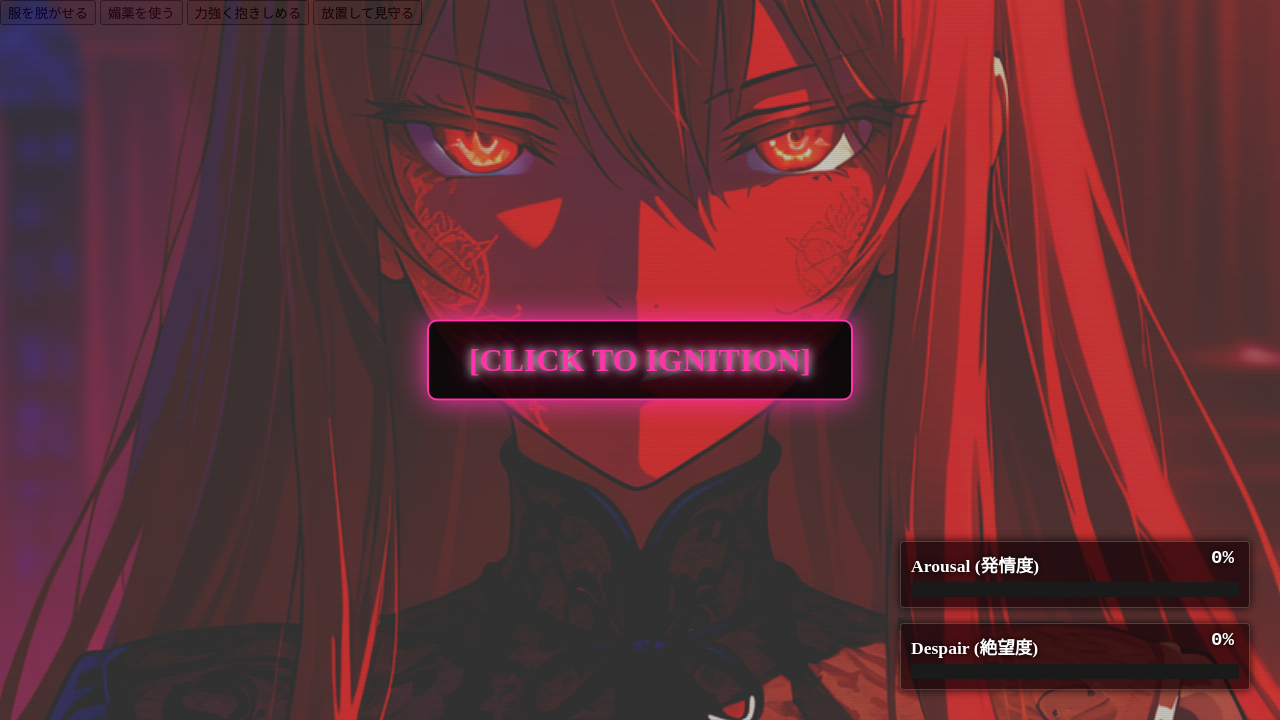
Repository: chatgdpkuesuto-sys/quest-rpg
Page: 00_Dashboard/index.html
These files come from the project's save history. The page is drawn as it stood at one moment and after the next save; the edit follows.
The browser window is 1280 px wide. The pictures show the whole page.

Above is the page before, as saved 2026-02-20 07:12:28.

### 00_Dashboard/index.html
<!DOCTYPE html>
<html lang="ja">

<head>
    <meta charset="UTF-8">
    <meta name="viewport" content="width=device-width, initial-scale=1.0">
    <title>Machadun Dashboard (OBS Overlay)</title>
    <link rel="stylesheet" href="style.css">
</head>

<body>
    <!-- 背景CG用コンテナ -->
    <div id="bg-container">
        <!-- 初期画像。生成後は最新画像に置き換わります -->
        <img id="bg-image" src="outputs/latest.png" alt="Current CG"
            onerror="this.src=''; this.style.backgroundColor='#0a0000';">
    </div>

    <!-- 狂気・発情エフェクト用オーバーレイ -->
    <div id="blood-overlay"></div>
    <div id="glitch-overlay"></div>

    <!-- ステータスバー（画面下部などに配置） -->
    <div id="status-container">
        <div class="status-box">
            <div class="status-label">Arousal (発情度)</div>
            <div class="progress-bar">
                <div id="arousal-fill" class="progress-fill arousal"></div>
            </div>
            <div id="arousal-value" class="status-value">0%</div>
        </div>

        <div class="status-box">
            <div class="status-label">Despair (絶望度)</div>
            <div class="progress-bar">
                <div id="despair-fill" class="progress-fill despair"></div>
            </div>
            <div id="despair-value" class="status-value">0%</div>
        </div>
    </div>

    <!-- BGM等制御用の初期化ボタン (ブラウザの自動再生ポリシー対策用) -->
    <div id="init-audio" onclick="initEngine()">[CLICK TO IGNITION]</div>

    <!-- Zundamon Voice Player -->
    <audio id="voice-player" src="outputs/voice.wav" preload="none"></audio>

    <!-- プレイヤーアクションパネル (Neural Bridge) -->
    <div id="action-panel">
        <button class="action-btn" onclick="sendAction('服を脱がせる')">服を脱がせる</button>
        <button class="action-btn" onclick="sendAction('媚薬を使う')">媚薬を使う</button>
        <button class="action-btn" onclick="sendAction('力強く抱きしめる')">力強く抱きしめる</button>
        <button class="action-btn" onclick="sendAction('放置して見守る')">放置して見守る</button>
    </div>

    <!-- Neural Bridge送信用スクリプト -->
    <script>
        async function sendAction(actionName) {
            console.log("Action Sent:", actionName);

            // 視覚的フィードバック（ボタンクリック時）
            document.body.style.animation = "shake 0.2s";
            setTimeout(() => document.body.style.animation = "none", 200);

            try {
                await fetch('http://localhost:5000/action', {
                    method: 'POST',
                    headers: { 'Content-Type': 'application/json' },
                    body: JSON.stringify({ action: actionName, time: Date.now() })
                });
            } catch (e) {
                console.error("Failed to send action:", e);
            }
        }
    </script>

    <!-- 設定ファイル読込 -->
    <script src="status.js"></script>
    <!-- エンジンロジック読込 -->
    <script src="engine.js"></script>
</body>

</html>

### 00_Dashboard/style.css
/* ==============================================
   00_Dashboard: OBS Overlay CSS
============================================== */

:root {
    --neon-pink: #ff33aa;
    --deep-red: #cc0000;
    --bar-bg: rgba(20, 0, 5, 0.7);
}

body,
html {
    margin: 0;
    padding: 0;
    width: 100%;
    height: 100%;
    overflow: hidden;
    background-color: transparent;
    /* OBSで透過させるため */
    font-family: 'Shippori Mincho', "Noto Serif JP", serif;
}

/* --- BACKGROUND CG --- */
#bg-container {
    position: absolute;
    top: 0;
    left: 0;
    width: 100%;
    height: 100%;
    z-index: 1;
    overflow: hidden;
    display: flex;
    justify-content: center;
    align-items: center;
}

#bg-image {
    min-width: 100%;
    min-height: 100%;
    object-fit: cover;
    opacity: 0.8;
    /* 好みに応じて調整。透過チャット画面の後ろで輝く */
    filter: brightness(0.7) contrast(1.2);
    transition: all 0.5s ease;
}

/* --- OVERLAYS --- */
#blood-overlay {
    position: absolute;
    top: 0;
    left: 0;
    width: 100%;
    height: 100%;
    pointer-events: none;
    box-shadow: inset 0 0 0px rgba(255, 0, 128, 0);
    z-index: 5;
    transition: box-shadow 0.5s ease;
}

#glitch-overlay {
    position: absolute;
    top: 0;
    left: 0;
    width: 100%;
    height: 100%;
    pointer-events: none;
    background: repeating-linear-gradient(0deg,
            rgba(0, 0, 0, 0.1),
            rgba(0, 0, 0, 0.1) 1px,
            transparent 1px,
            transparent 2px);
    z-index: 6;
    opacity: 0.5;
}

/* 常に発動する心音パルス（発情度MAX用） */
.pulse-extreme {
    animation: extremePulse 0.8s infinite alternate !important;
}

@keyframes extremePulse {
    0% {
        transform: scale(1);
        box-shadow: inset 0 0 50px rgba(255, 0, 128, 0.4);
        filter: brightness(1);
    }

    100% {
        transform: scale(1.03);
        box-shadow: inset 0 0 150px rgba(255, 0, 50, 0.8);
        filter: brightness(1.3) contrast(1.5);
    }
}

/* --- STATUS BARS --- */
#status-container {
    position: absolute;
    bottom: 30px;
    right: 30px;
    width: 350px;
    z-index: 10;
    display: flex;
    flex-direction: column;
    gap: 15px;
}

.status-box {
    background: var(--bar-bg);
    border: 1px solid rgba(255, 255, 255, 0.2);
    border-radius: 4px;
    padding: 10px;
    box-shadow: 0 0 10px rgba(0, 0, 0, 0.8);
    position: relative;
}

.status-label {
    color: white;
    font-size: 1.1rem;
    font-weight: bold;
    margin-bottom: 5px;
    text-shadow: 0 0 5px black;
}

.progress-bar {
    width: 100%;
    height: 15px;
    background: #1a1a1a;
    border-radius: 2px;
    overflow: hidden;
    position: relative;
}

.progress-fill {
    height: 100%;
    width: 0%;
    transition: width 1s cubic-bezier(0.4, 0, 0.2, 1);
}

.progress-fill.arousal {
    background: linear-gradient(90deg, #aa0055, var(--neon-pink));
    box-shadow: 0 0 10px var(--neon-pink);
}

.progress-fill.despair {
    background: linear-gradient(90deg, #550000, var(--deep-red));
    box-shadow: 0 0 10px var(--deep-red);
}

.status-value {
    position: absolute;
    top: 5px;
    right: 15px;
    color: white;
    font-weight: bold;
    font-family: monospace;
    font-size: 1.2rem;
    text-shadow: 0 0 5px black;
}

/* アラートアニメーション */
.alert-glow {
    animation: alertGlow 0.5s infinite alternate;
}

@keyframes alertGlow {
    0% {
        border-color: rgba(255, 51, 170, 0.5);
        box-shadow: 0 0 10px rgba(255, 51, 170, 0.5);
    }

    100% {
        border-color: rgba(255, 51, 170, 1);
        box-shadow: 0 0 30px rgba(255, 51, 170, 1);
    }
}

/* --- INIT BUTTON --- */
#init-audio {
    position: absolute;
    top: 50%;
    left: 50%;
    transform: translate(-50%, -50%);
    z-index: 100;
    color: var(--neon-pink);
    font-size: 2rem;
    font-weight: bold;
    cursor: pointer;
    background: rgba(0, 0, 0, 0.8);
    padding: 20px 40px;
    border: 2px solid var(--neon-pink);
    border-radius: 10px;
    animation: neon-btn 1.5s infinite alternate;
}

@keyframes neon-btn {
    0% {
        box-shadow: 0 0 10px var(--neon-pink);
        text-shadow: 0 0 5px #fff, 0 0 10px var(--neon-pink);
    }

    100% {
        box-shadow: 0 0 30px var(--neon-pink);
        text-shadow: 0 0 10px #fff, 0 0 30px var(--neon-pink);
    }
}

### 00_Dashboard/status.js
// ==============================================
// 00_Dashboard: Game State Data
// AI（3.1 Pro）がゲーム進行に合わせてこのファイルを直接書き換えます。
// ライブサーバー環境では、このファイルが上書き保存されると自動的に
// ブラウザがリロードされ、新しい値が取得されます。
// ==============================================

const GAME_STATE = {
    // 0〜100% の数値
    arousal: 15,    // 発情度（高くなると心音が鳴る）
    despair: 5,     // 絶望度（高くなると画面がグリッチする）

    // 背景画像への相対パス
    current_bg: "../99_Ero_Library/Images/Placeholder_CG.jpg",

    // 画面に一時的に表示するシステムメッセージやフラグ
    latest_event: "「男性」の匂いを感じ取り、ヒロインたちが集まった。",
    is_climax: false // trueになると特殊演出（フラッシュバックや絶叫オーディオなど）が発動可能
};

### 00_Dashboard/engine.js
// ==============================================
// 00_Dashboard: OBS Overlay Engine (Real-Time JSON Polling)
// ==============================================

// --- Audio Generation via Web Audio API ---
const audioCtx = new (window.AudioContext || window.webkitAudioContext)();
let heartbeatInterval = null;
let currentArousal = 0; // 同期用キャッシュ

// Audio Initialization (Must be clicked once due to browser autoplay policies)
function initEngine() {
    if (audioCtx.state === 'suspended') {
        audioCtx.resume();
    }
    document.getElementById('init-audio').style.display = 'none';

    // 0.5秒ごとにJSONをポーリングして画面を更新
    setInterval(pollGameState, 500);
    // 初期ポーリング
    pollGameState();
}

// ドクン、ドクンという心音を合成する関数
function playHeartbeat(intensity) {
    if (audioCtx.state === 'suspended') return;

    const baseFreq = 40 + (intensity * 0.5);

    const osc = audioCtx.createOscillator();
    const gainNode = audioCtx.createGain();

    osc.type = 'sine';

    osc.frequency.setValueAtTime(baseFreq, audioCtx.currentTime);
    osc.frequency.exponentialRampToValueAtTime(10, audioCtx.currentTime + 0.3);

    gainNode.gain.setValueAtTime(0, audioCtx.currentTime);
    gainNode.gain.linearRampToValueAtTime(1.0, audioCtx.currentTime + 0.05);
    gainNode.gain.exponentialRampToValueAtTime(0.1, audioCtx.currentTime + 0.15);
    gainNode.gain.linearRampToValueAtTime(0.8, audioCtx.currentTime + 0.2);
    gainNode.gain.exponentialRampToValueAtTime(0.01, audioCtx.currentTime + 0.4);

    osc.connect(gainNode);
    gainNode.connect(audioCtx.destination);

    osc.start();
    osc.stop(audioCtx.currentTime + 0.5);
}

// 発情度に応じた心音ループの更新
function updateHeartbeatLoop(arousalLevel) {
    if (currentArousal === arousalLevel) return; // 変更がなければ何もしない
    currentArousal = arousalLevel;

    if (heartbeatInterval) clearInterval(heartbeatInterval);

    if (arousalLevel < 30) return; // 30未満は心音なし

    const intervalMs = 1000 - ((arousalLevel - 30) * 8.5);

    heartbeatInterval = setInterval(() => {
        playHeartbeat(arousalLevel);

        // CSS Animation Sync
        const blood = document.getElementById('blood-overlay');
        blood.style.boxShadow = `inset 0 0 ${arousalLevel * 2}px rgba(255, 0, ${100 - arousalLevel}, ${arousalLevel / 100})`;
        setTimeout(() => {
            blood.style.boxShadow = `inset 0 0 0px rgba(255, 0, 128, 0)`;
        }, 300);

    }, intervalMs);
}

// === Asynchronous JSON Polling ===
async function pollGameState() {
    try {
        // キャッシュパージのためにタイムスタンプ付与
        const response = await fetch('status.json?t=' + new Date().getTime());
        if (!response.ok) return;
        const state = await response.json();

        // DOM Elements
        const arousalFill = document.getElementById('arousal-fill');
        const arousalVal = document.getElementById('arousal-value');
        const despairFill = document.getElementById('despair-fill');
        const despairVal = document.getElementById('despair-value');
        const bgImage = document.getElementById('bg-image');

        // Update Values smoothly
        arousalFill.style.width = `${state.arousal}%`;
        arousalVal.innerText = `${state.arousal}%`;

        despairFill.style.width = `${state.despair}%`;
        despairVal.innerText = `${state.despair}%`;

        // Update Background Image if provided
        // status.json からの更新シグナル（タイムスタンプ変更）で強制更新する
        if (state.current_image) {
            // 初回ロード時、またはタイムスタンプが更新された場合に画像・音声をリロード
            if (!window.lastImageTimestamp || state.timestamp !== window.lastImageTimestamp) {
                const timeStr = "?t=" + (state.timestamp || new Date().getTime());

                // 画像更新
                bgImage.src = state.current_image + timeStr;

                // 音声更新と再生
                const voicePlayer = document.getElementById('voice-player');
                if (voicePlayer) {
                    voicePlayer.src = "outputs/voice.wav" + timeStr;
                    voicePlayer.play().catch(e => console.log("Audio autoplay blocked:", e));
                }

                window.lastImageTimestamp = state.timestamp;
            }
        }

        // Arousal Effects (Visual Pulse)
        if (state.arousal >= 80) {
            arousalFill.parentElement.parentElement.classList.add('alert-glow');
            document.body.classList.add('pulse-extreme');
        } else {
            arousalFill.parentElement.parentElement.classList.remove('alert-glow');
            document.body.classList.remove('pulse-extreme');
        }

        // Despair Effects (Glitch)
        const glitchOverlay = document.getElementById('glitch-overlay');
        if (state.despair >= 50) {
            glitchOverlay.style.opacity = (state.despair / 100);
            if (state.despair >= 80) {
                document.body.style.animation = "shake 0.3s infinite";
            }
        } else {
            glitchOverlay.style.opacity = 0;
            document.body.style.animation = "none";
        }

        // オーディオループの即時更新
        updateHeartbeatLoop(state.arousal);

    } catch (error) {
        console.error("Failed to fetch status.json:", error);
    }
}

After the next save:
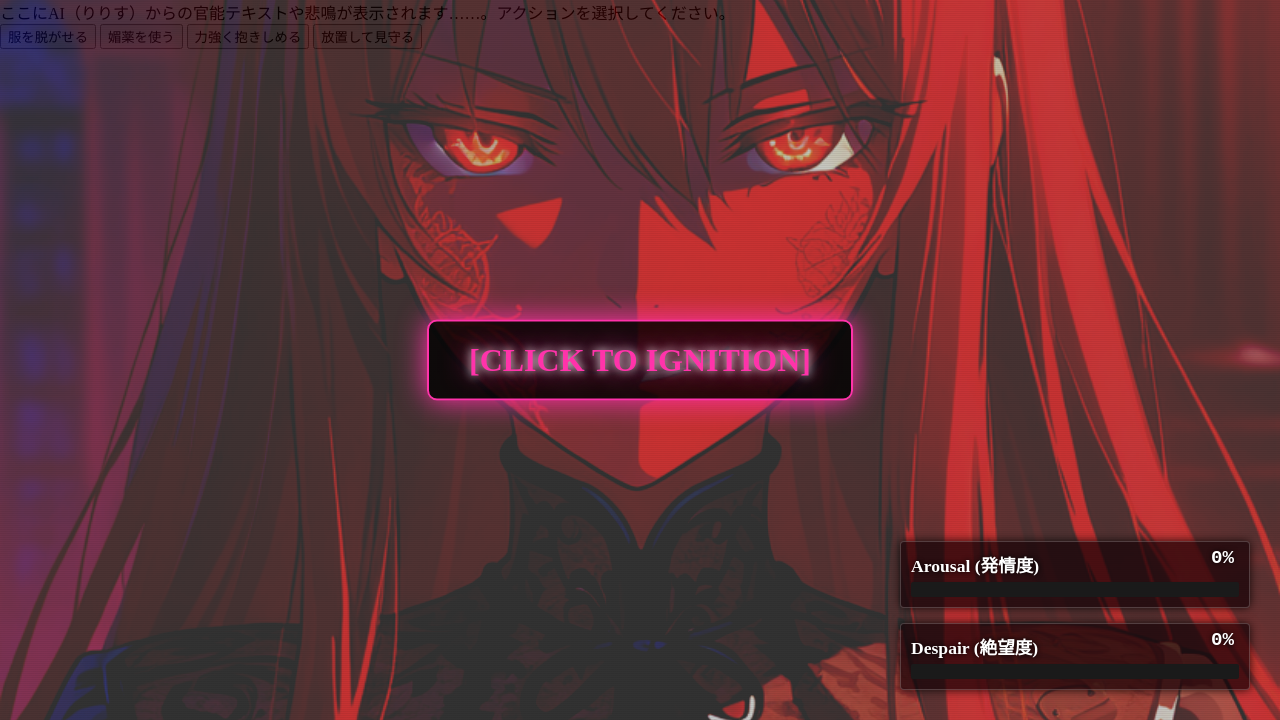
Saved 9 min 31 s later.
--- a/00_Dashboard/index.html
+++ b/00_Dashboard/index.html
@@ -45,6 +45,11 @@
     <!-- Zundamon Voice Player -->
     <audio id="voice-player" src="outputs/voice.wav" preload="none"></audio>
 
+    <!-- 🌟 NEW: ダイアログ（テキスト）ボックス 🌟 -->
+    <div id="dialogue-container">
+        <div id="dialogue-text">ここにAI（りりす）からの官能テキストや悲鳴が表示されます……。アクションを選択してください。</div>
+    </div>
+
     <!-- プレイヤーアクションパネル (Neural Bridge) -->
     <div id="action-panel">
         <button class="action-btn" onclick="sendAction('服を脱がせる')">服を脱がせる</button>
@@ -63,9 +68,13 @@
             setTimeout(() => document.body.style.animation = "none", 200);
 
             try {
-                await fetch('http://localhost:5000/action', {
+                // URLパラメータにタイムスタンプをつけてキャッシュを完全に無効化する
+                await fetch(`http://localhost:5000/action?t=${Date.now()}`, {
                     method: 'POST',
-                    headers: { 'Content-Type': 'application/json' },
+                    headers: {
+                        'Content-Type': 'application/json',
+                        'Cache-Control': 'no-cache'
+                    },
                     body: JSON.stringify({ action: actionName, time: Date.now() })
                 });
             } catch (e) {
